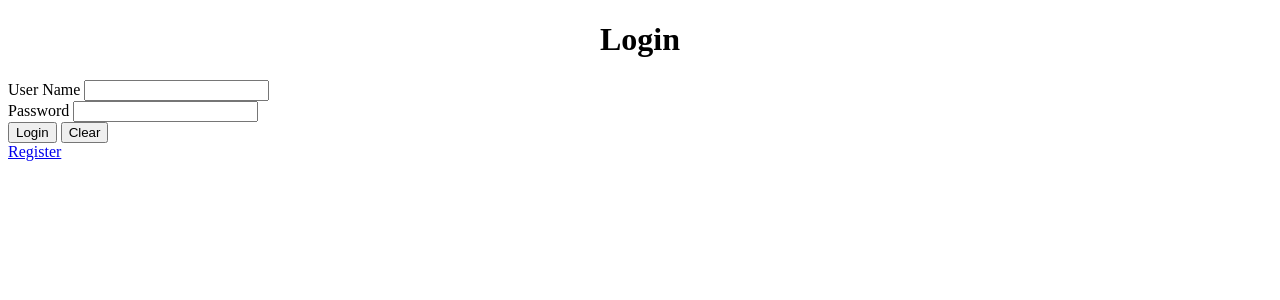
Repository: ramakrishnan1997/ram_javatraining
Page: http://localhost/AdminPortal/Login.jsp
The author's editor kept a copy of each file at every save. The page is drawn from the files as they stood at one save, then again after the next save.
The browser window is 1280 px wide. The pictures show the whole page.
The page is served by Tomcat 9. Other server files are loaded and not shown.

Above is the page before, as saved 2022-07-01 07:08:14.

### AdminPortal/src/main/webapp/Login.jsp
<%@ page language="java" contentType="text/html; charset=UTF-8"
    pageEncoding="UTF-8"%>
<!DOCTYPE html>
<html>
<head>
<meta charset="UTF-8">
<title>Login</title>
</head>
<body>
<h1 style="text-align:center">Login</h1>
<form>
<div><label>User Name</label> <input type="text" name="username"></div>
<div><label>Password</label> <input type="password" name="password"></div>
<input type="submit" value="Login">
<input type="reset" value="Clear">
</form>
<a href="Register.jsp">Register</a>
</body>
</html>

After the next save:
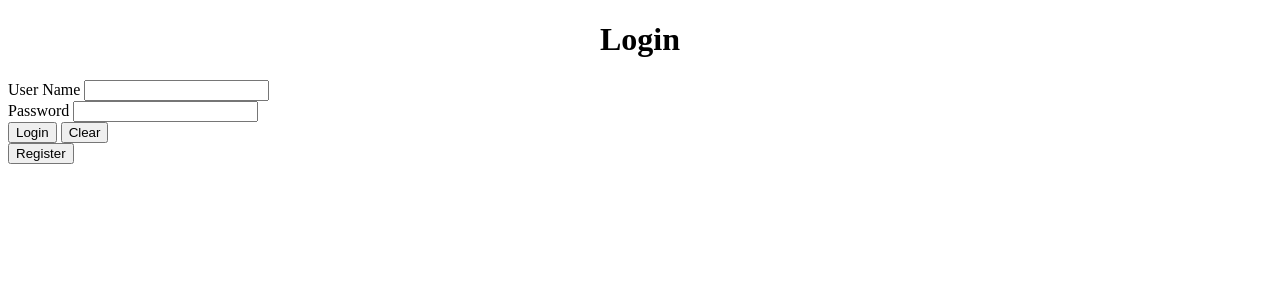
Saved 2 min 20 s later.
--- a/AdminPortal/src/main/webapp/Login.jsp
+++ b/AdminPortal/src/main/webapp/Login.jsp
@@ -14,6 +14,6 @@
 <input type="submit" value="Login">
 <input type="reset" value="Clear">
 </form>
-<a href="Register.jsp">Register</a>
+<a href="Register.jsp"><button>Register</button></a>
 </body>
 </html>
